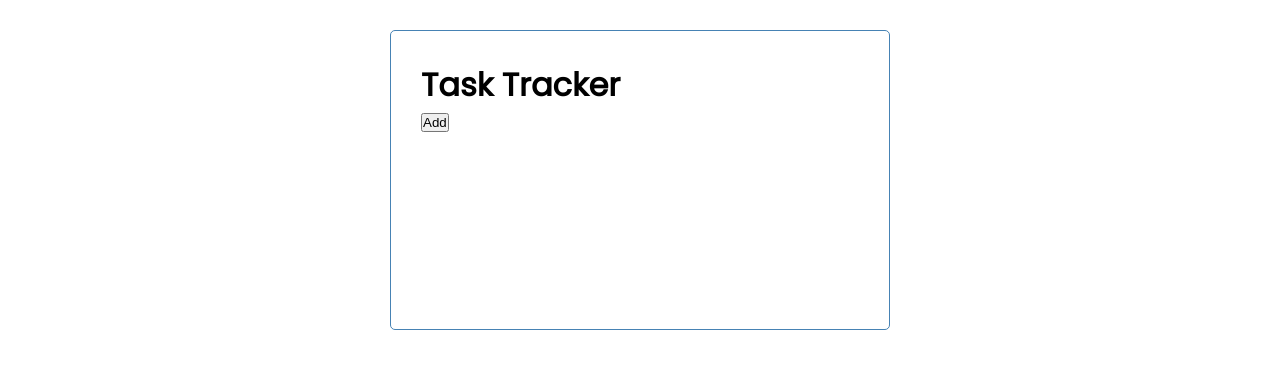
Repository: NIMRAH97/React-Strap-Test
Page: /
These files come from the project's save history. The page is drawn as it stood at one moment and after the next save; the edit follows.
The browser window is 1280 px wide. The pictures show the whole page.
The project was rebuilt for these pictures with package versions that can differ from the ones it lists, and the page was loaded fresh each time.

Above is the page before, as saved 2021-05-21 16:05:23.

After the next save:
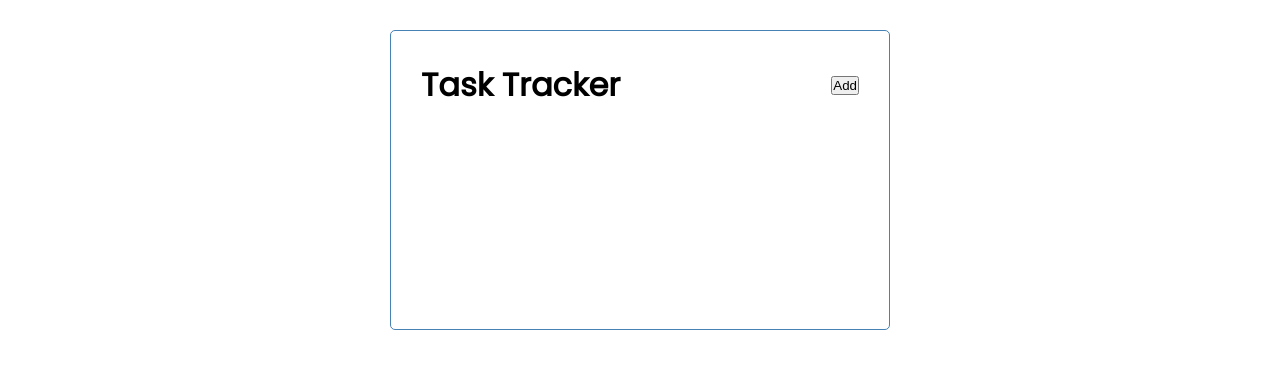
Saved 37 s later.
--- a/src/components/Header.js
+++ b/src/components/Header.js
@@ -2,7 +2,7 @@ import PropTypes from 'prop-types'
 
 const Header = ({ title }) => {
     return (
-        <header>
+        <header class="header">
             <h1>{title}</h1>
             <button>Add</button>
         </header>
